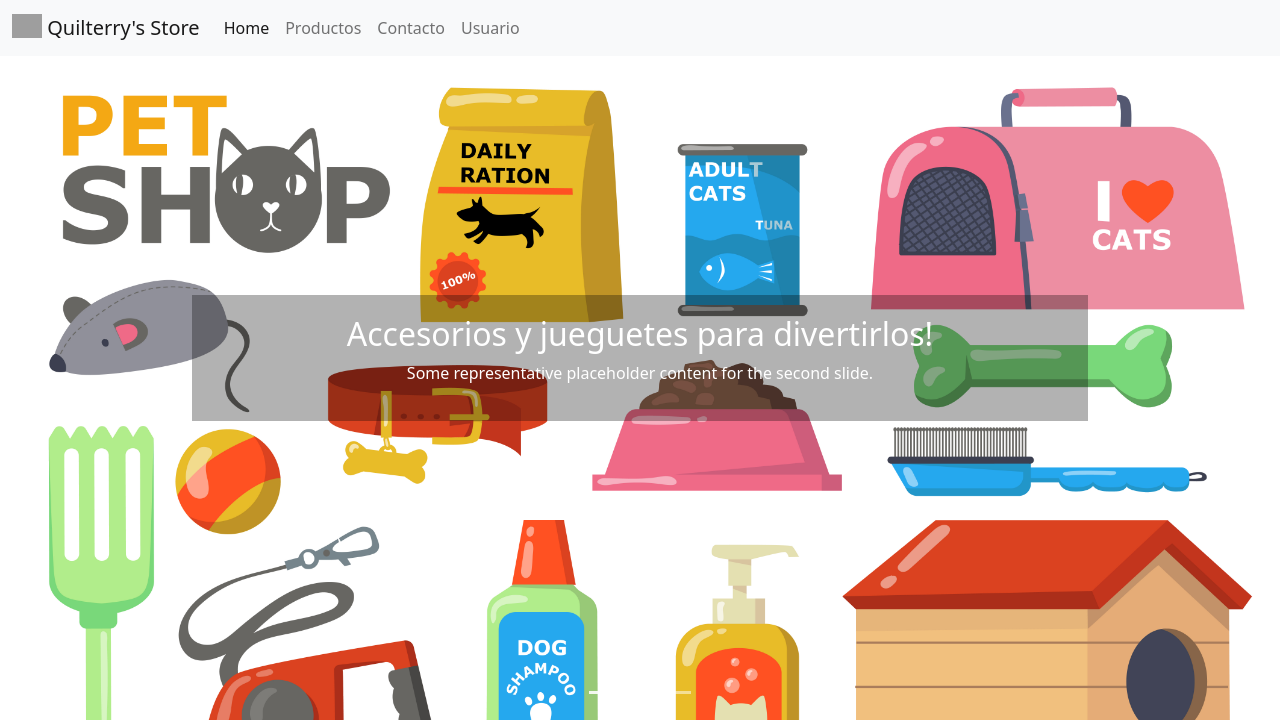
Repository: mormazabal141046/duoc_django_prueba
Page: http://localhost/
The author's editor kept a copy of each file at every save. The page is drawn from the files as they stood at one save, then again after the next save.
The browser window is 1280 px wide. The pictures show the whole page.
Pictures or frames that could not be fetched are drawn as grey boxes. Some web libraries are served in a nearby version. The page is served by the project's application, run on Django 4.2 (manage.py).

Above is the page before, as saved 2022-05-18 16:10:56.

After the next save:
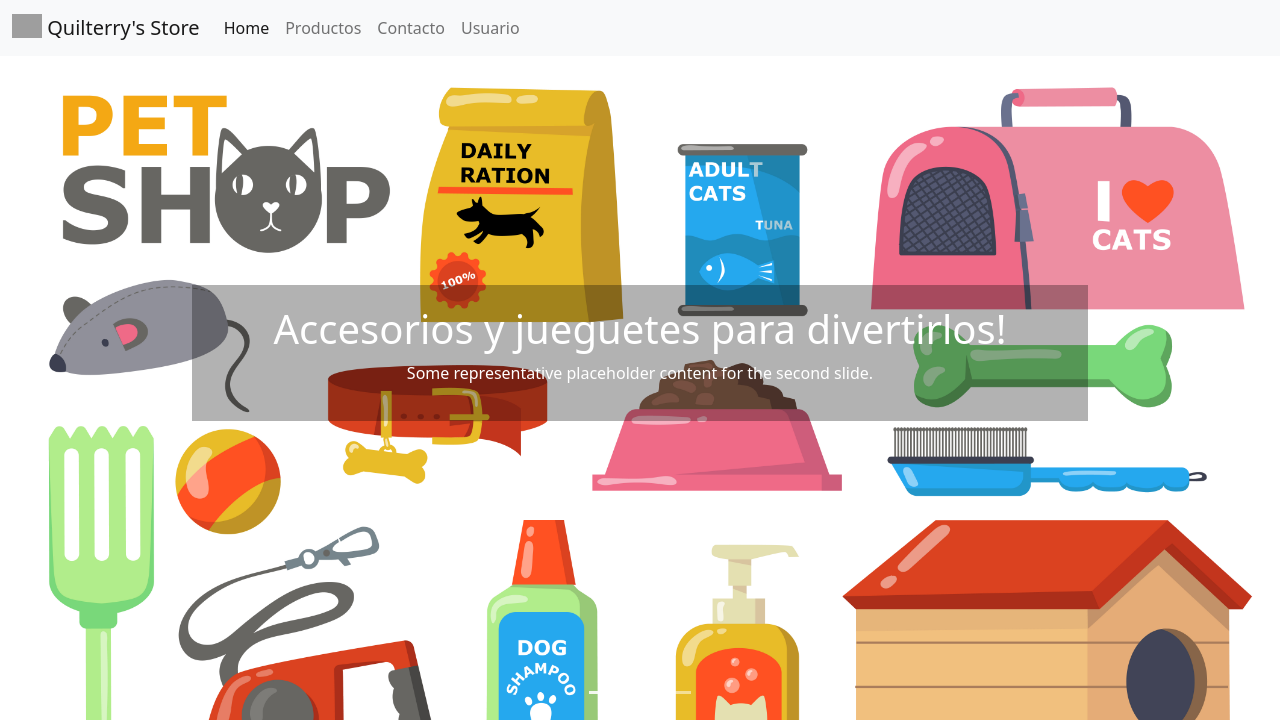
Saved 12 s later.
--- a/duoc_django_prueba/template/index.html
+++ b/duoc_django_prueba/template/index.html
@@ -11,14 +11,14 @@
       <div class="carousel-item active">
         <img src="{% static 'img/slider/bg-01.webp' %}" class="d-block w-100" alt="...">
         <div class="carousel-caption d-none d-md-block">
-          <h2>Alimentos para tu Mascota</h2>
+          <h1>Alimentos para tu Mascota</h1>
           <p>Some representative placeholder content for the first slide.</p>
         </div>
       </div>
       <div class="carousel-item">
         <img src="{% static 'img/slider/bg-02.jpg' %}" class="d-block w-100" alt="...">
         <div class="carousel-caption d-none d-md-block">
-          <h2>Accesorios y jueguetes para divertirlos!</h2>
+          <h1>Accesorios y jueguetes para divertirlos!</h1>
           <p>Some representative placeholder content for the second slide.</p>
         </div>
       </div>
